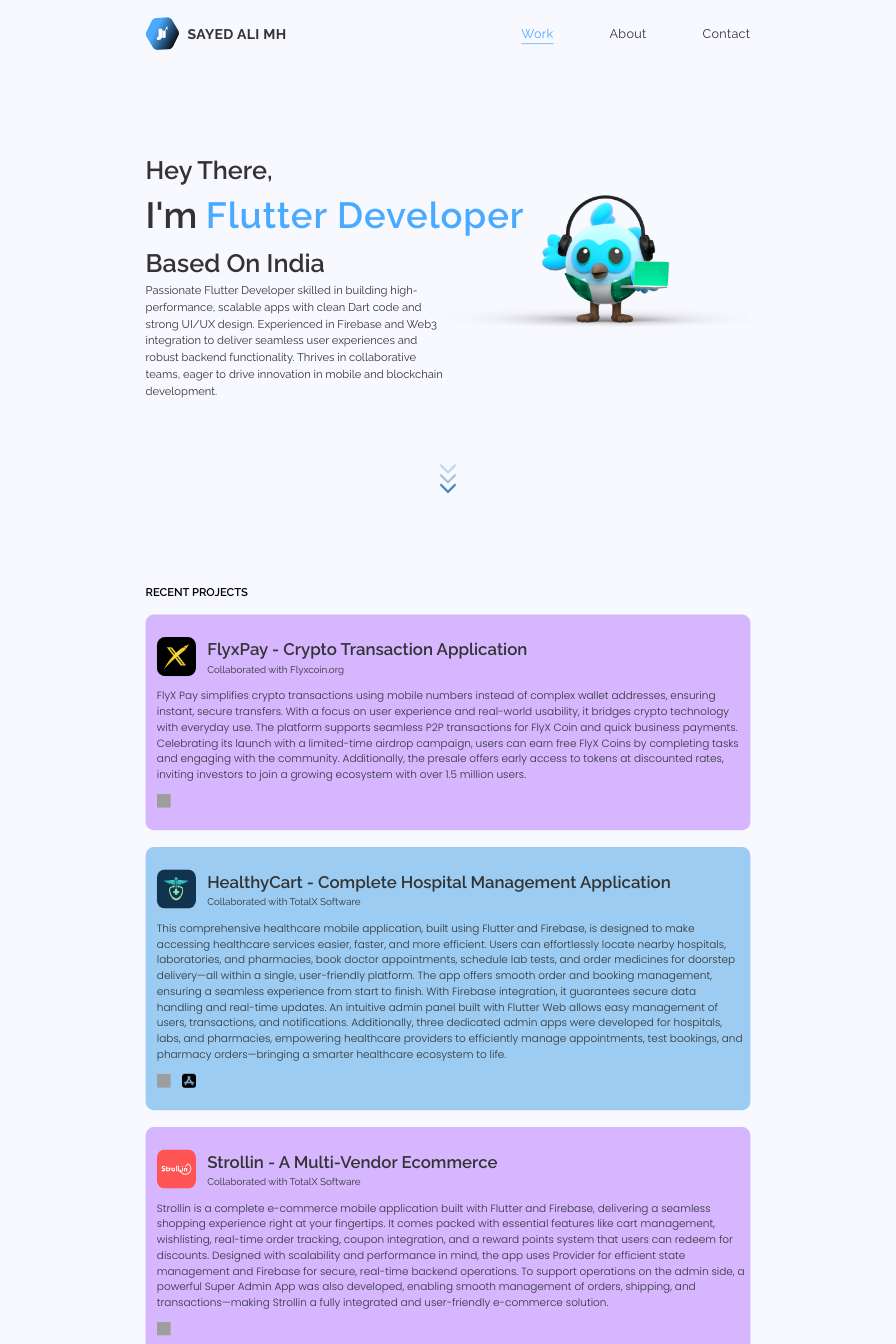
Repository: sayedali-2129/sayedali-portfolio
Page: /
An editor plug-in stored every save of this project. The page is shown before and after the next save, followed by the edit.
The browser window is 1280 px wide. The pictures show the part of the page from y = 0 to 1920 px (the page is 3045 px tall), at 70% of full size.
Pictures or frames that could not be fetched are drawn as grey boxes. The project was rebuilt for these pictures with package versions that can differ from the ones it lists, and the page was loaded fresh each time. The framework's server and built-in components were replaced by stand-ins that run in the browser. Also part of the build but not shown: next.config.ts.

Above is the page before, as saved 2025-05-20 11:42:15.

### src/features/home/presentation/Home.tsx
import dynamic from "next/dynamic";

const NavBar = dynamic(() => import("../components/NavBar"), { ssr: true });
const ProfileBody = dynamic(() => import("../components/ProfileBody"), {
  ssr: true,
});
const RecentWorks = dynamic(() => import("../components/RecentWorks"), {
  ssr: true,
});

function Home() {
  return (
    <div className="overflow-hidden">
      <NavBar />
      <ProfileBody />
      <RecentWorks />
    </div>
  );
}

export default Home;

### src/features/home/components/NavBar.tsx
"use client";

import CloseIcon from "@/assets/icons/close-icon.png";
import Logo from "@/assets/icons/logo.png";
import MenuIcon from "@/assets/icons/menu.png";
import Image from "next/image";
import Link from "next/link";
import { usePathname } from "next/navigation";
import { useEffect, useState } from "react";

export default function NavBar() {
  const [showMenu, setShowMenu] = useState(false);
  const [mounted, setMounted] = useState(false);
  const pathname = usePathname();

  useEffect(() => {
    setMounted(true);
  }, []);

  const openMenu = () => {
    setShowMenu(!showMenu);
  };

  const navBarItemClass =
    "text-TextColor sm:font-RalewayRegular sm:text-lg text-[16px] font-RalewaySemiBold tracking-wide hover:cursor-pointer hover:text-TextBlue";

  return (
    <div className="z-50 md:h-24 h-20 w-full bg-BackGroundColor fixed xl:px-52 md:px-32 sm:px-16 px-4 flex flex-row items-center justify-between">
      <ul className="flex gap-2 items-center">
        <li>
          <Link href="/">
            <Image
              src={Logo}
              alt="SAYED ALI MH LOGO"
              className="md:h-12 md:w-12 h-10 w-10"
            />
          </Link>
        </li>
        <li>
          <Link
            href="/"
            className="ml-1 text-TextColor md:text-xl text-[16px] font-RalewayBold tracking-wide"
          >
            SAYED ALI MH
          </Link>
        </li>
      </ul>

      <ul className="hidden sm:flex flex-row xl:gap-20 md:gap-14 sm:gap-9">
        <li>
          <Link
            href="/"
            className={`${
              pathname === "/"
                ? "text-TextBlue underline underline-offset-8"
                : "text-TextColor"
            } sm:font-RalewayRegular sm:text-lg text-[16px] font-RalewaySemiBold tracking-wide hover:cursor-pointer hover:text-TextBlue`}
          >
            Work
          </Link>
        </li>

        <li>
          <Link
            href="/about"
            className={`${
              pathname === "/about"
                ? "text-TextBlue underline underline-offset-8"
                : "text-TextColor"
            } sm:font-RalewayRegular sm:text-lg text-[16px] font-RalewaySemiBold tracking-wide hover:cursor-pointer hover:text-TextBlue`}
          >
            About
          </Link>
        </li>

        <li>
          <a
            href="mailto:sayedalimh@gmail.com"
            target="_blank"
            rel="noopener noreferrer"
            className={navBarItemClass}
          >
            Contact
          </a>
        </li>
      </ul>
      <Image
        src={MenuIcon}
        alt="Menu Icon"
        onClick={openMenu}
        className="flex sm:hidden h-8 w-8 hover:cursor-pointer"
      />
      {mounted && (
        <>
          <div
            className={`fixed inset-0 bg-black/50 transition-opacity duration-300 sm:hidden ${
              showMenu ? "opacity-100" : "opacity-0 pointer-events-none"
            }`}
            onClick={openMenu}
          />
          <div
            className={`z-50 flex sm:hidden flex-col gap-2 rounded-xl absolute top-24 left-1/2 transform -translate-x-1/2 bg-BackGroundColor p-3 w-60 items-center transition-all duration-300 ${
              showMenu
                ? "opacity-100 translate-y-0"
                : "opacity-0 -translate-y-4 pointer-events-none"
            }`}
          >
            <div className="flex flex-row justify-end w-full">
              <Image
                src={CloseIcon}
                alt="Menu Close Icon"
                onClick={openMenu}
                className="h-6 w-6 hover:cursor-pointer"
              />
            </div>
            <Link href="/" className={navBarItemClass}>
              Work
            </Link>
            <Link href="/about" className={navBarItemClass}>
              About
            </Link>
            <a
              href="mailto:sayedalimh@gmail.com"
              target="_blank"
              rel="noopener noreferrer"
              className={navBarItemClass}
            >
              Contact
            </a>
          </div>
        </>
      )}
    </div>
  );
}

### src/features/home/components/ProfileBody.tsx
"use client";

import FlutterImg from "@/assets/images/flutter-bird.png";
import ScrollDownLottie from "@/assets/lottie/scroll-down.json";
import Lottie from "lottie-react";
import Image from "next/image";
import { useEffect, useState } from "react";
import RotatingText from "./RotatingText";

export default function ProfileBody() {
  const [mounted, setMounted] = useState(false);

  useEffect(() => {
    setMounted(true);
  }, []);

  return (
    <>
      <div className="md:mt-32 mt-24 xl:px-52 md:px-20 sm:px-12 px-2 flex flex-wrap items-center justify-center">
        <div className="md:w-1/2 w-full order-2 md:order-1 md:h-[530px] h-80 flex flex-col justify-center">
          <h2 className="xl:text-[36px] md:text-[30px] text-[26px] text-TextColor font-RalewaySemiBold">
            Hey There,
          </h2>

          <ul className="flex flex-row items-start gap-3 md:h-20 h-14">
            <li>
              <h2 className="xl:text-[52px] md:text-[45px] sm:text-[39px] text-[34px] text-TextColor font-RalewaySemiBold">
                I'm
              </h2>
            </li>
            <li>
              <RotatingText />
            </li>
          </ul>
          <h3 className="text-[36px] text-TextColor font-RalewaySemiBold">
            Based On India
          </h3>
          <p className="text-TextColor font-RalewayRegular pb-24 md:pb-0">
            Passionate Flutter Developer skilled in building high-performance,
            scalable apps with clean Dart code and strong UI/UX design.
            Experienced in Firebase and Web3 integration to deliver seamless
            user experiences and robust backend functionality. Thrives in
            collaborative teams, eager to drive innovation in mobile and
            blockchain development.
          </p>
        </div>
        <div className="md:w-1/2 order-1 md:order-2 md:h-[530px] h-72 pb-20 pt-6 justify-center items-center">
          <Image
            src={FlutterImg}
            alt="Flutter Developer"
            className="h-full w-full object-contain"
          />
        </div>
      </div>

      {mounted && (
        <Lottie
          animationData={ScrollDownLottie}
          loop={true}
          autoplay={true}
          className="md:h-12 h-10"
        />
      )}
    </>
  );
}

### src/features/home/components/RecentWorks.tsx
import recentWorks from "../data/RecentWorksData";
import RecentWorkFrame from "./RecentWorkFrame";

export default function RecentWorks() {
  return (
    <div className="md:mt-32 mt-16 xl:px-52 md:px-20 sm:px-12 px-2 pb-16">
      <div className="flex flex-col items-center justify-center gap-6">
        <div className="xl:w-full flex flex-row h-5 justify-start items-start w-full">
          <h4 className="font-RalewaySemiBold ">RECENT PROJECTS</h4>
        </div>
        {recentWorks.map((work, index) => (
          <RecentWorkFrame
            key={index}
            title={work.title}
            description={work.description}
            image={work.image.src}
            color={work.color}
            playstoreLink={work.playstoreLink}
            appstoreLink={work.appstoreLink}
            collabWith={work.collabWith}
          />
        ))}
      </div>
    </div>
  );
}

### src/features/home/components/RotatingText.tsx
"use client";

import { AnimatePresence, motion } from "framer-motion";
import { useEffect, useState } from "react";

export default function RotatingText() {
  const TEXTS = ["Sayed Ali MH", "Flutter Developer"];
  const [index, setIndex] = useState(0);

  useEffect(() => {
    const intervalId = setInterval(() => {
      setIndex((prev) => (prev + 1) % TEXTS.length);
    }, 3000);
    return () => clearInterval(intervalId);
  }, []);

  return (
    <div>
      <AnimatePresence mode="wait">
        <motion.span
          key={TEXTS[index]} // important for re-render
          initial={{ opacity: 0, y: 4 }}
          animate={{ opacity: 1, y: 0 }}
          exit={{ opacity: 0, y: -5 }}
          transition={{ duration: 0.5 }}
          className="xl:text-[52px] md:text-[45px] sm:text-[39px] text-[34px] font-RalewaySemiBold tracking-wide text-TextBlue absolute"
        >
          {TEXTS[index]}
        </motion.span>
      </AnimatePresence>
    </div>
  );
}

### src/features/home/data/RecentWorksData.js
import chahel from "@/assets/images/works/chahel.jpg";
import flyx from "@/assets/images/works/flyx.png";
import healthyCart from "@/assets/images/works/healthycart.png";
import kurikkal from "@/assets/images/works/kurikkal.jpg";
import sayidCj from "@/assets/images/works/sayidCj.jpg";
import strollin from "@/assets/images/works/strollin.png";

const recentWorks = [
  {
    index: 0,
    title: "FlyxPay - Crypto Transaction Application",
    collabWith: "Flyxcoin.org",
    description:
      "FlyX Pay simplifies crypto transactions using mobile numbers instead of complex wallet addresses, ensuring instant, secure transfers. With a focus on user experience and real-world usability, it bridges crypto technology with everyday use. The platform supports seamless P2P transactions for FlyX Coin and quick business payments. Celebrating its launch with a limited-time airdrop campaign, users can earn free FlyX Coins by completing tasks and engaging with the community. Additionally, the presale offers early access to tokens at discounted rates, inviting investors to join a growing ecosystem with over 1.5 million users. ",
    image: flyx,
    color: "#D6B6FF",
    playstoreLink: "https://play.google.com/store/apps/details?id=com.flyx.pay",
    appstoreLink: undefined,
  },
  {
    index: 1,
    title: "HealthyCart - Complete Hospital Management Application",
    description:
      "This comprehensive healthcare mobile application, built using Flutter and Firebase, is designed to make accessing healthcare services easier, faster, and more efficient. Users can effortlessly locate nearby hospitals, laboratories, and pharmacies, book doctor appointments, schedule lab tests, and order medicines for doorstep delivery—all within a single, user-friendly platform. The app offers smooth order and booking management, ensuring a seamless experience from start to finish. With Firebase integration, it guarantees secure data handling and real-time updates. An intuitive admin panel built with Flutter Web allows easy management of users, transactions, and notifications. Additionally, three dedicated admin apps were developed for hospitals, labs, and pharmacies, empowering healthcare providers to efficiently manage appointments, test bookings, and pharmacy orders—bringing a smarter healthcare ecosystem to life.",
    collabWith: "TotalX Software",
    image: healthyCart,
    color: "#9CCCF1",
    playstoreLink:
      "https://play.google.com/store/apps/details?id=com.healthy_cart_user",
    appstoreLink: "https://apps.apple.com/in/app/healthy-cart/id6740842513",
  },
  {
    index: 2,
    title: "Strollin - A Multi-Vendor Ecommerce",
    description:
      "Strollin is a complete e-commerce mobile application built with Flutter and Firebase, delivering a seamless shopping experience right at your fingertips. It comes packed with essential features like cart management, wishlisting, real-time order tracking, coupon integration, and a reward points system that users can redeem for discounts. Designed with scalability and performance in mind, the app uses Provider for efficient state management and Firebase for secure, real-time backend operations. To support operations on the admin side, a powerful Super Admin App was also developed, enabling smooth management of orders, shipping, and transactions—making Strollin a fully integrated and user-friendly e-commerce solution.",
    collabWith: "TotalX Software",
    image: strollin,
    color: "#D6B6FF",
    playstoreLink: "https://play.google.com/store/apps/details?id=com.strollin",
    appstoreLink: undefined,
  },
  {
    index: 3,
    title: "Sayid CJ - Video Streaming and Chat Mobile App",
    description:
      "Sayid CJ is an educational app developed under Total X Softwares, crafted to empower learners with practical and impactful training in business accounting, taxation, and personal development. The app features high-quality video lessons, downloadable PDFs for offline access, and an interactive chat system that supports voice, image, and text communication with admins—creating an engaging and supportive learning environment. Learners can mark lessons as favorites for easy reference, ensuring a personalized experience. Built with Flutter, powered by Firebase, and managed using Provider for smooth performance, Tasc By Sayid CJ brings flexible, accessible, and career-focused learning to your fingertips.",
    collabWith: "TotalX Software",
    image: sayidCj,
    color: "#9CCCF1",
    playstoreLink: "https://play.google.com/store/apps/details?id=com.sayidcj",
    appstoreLink:
      "https://apps.apple.com/us/app/tasc-buz-powered-by-sayid-cj/id6738337961",
  },
  {
    index: 4,
    title: "Kurikkal - An Ecommerce Application",
    description:
      "Kurikkal Business Park is a wholesale e-commerce mobile application built with Flutter and Firebase. It comes with essential features like cart management, wishlisting, real-time order tracking, credit and wallet option. Designed with scalability and performance in mind, the app uses Provider for efficient state management and Firebase for secure, real-time backend operations. To support operations on the admin side, a powerful Super Admin App was also developed, enabling smooth management of orders, shipping, and transactions—making Kurikkal a fully integrated and user-friendly e-commerce solution.",
    collabWith: "TotalX Software",
    image: kurikkal,
    color: "#D6B6FF",
    playstoreLink:
      "https://play.google.com/store/apps/details?id=com.kurikkalBusinessPark",
    appstoreLink: undefined,
  },
  {
    index: 5,
    title: "Chahel - Education Video Streaming Application",
    description:
      "Chahel – The e-Learning App is a comprehensive mobile and web-based solution designed to enhance the student learning experience across Android, iOS, and web platforms. Built using Flutter. Chahel offers a smooth, responsive interface tailored for modern learners. The app features engaging video lessons that make complex subjects easy to understand, downloadable PDF notes for offline study, and interactive quizzes to reinforce knowledge retention. With a dedicated admin web panel for efficient content and user management, Chahel is more than just a learning app—it’s a complete educational companion built to support students anytime, anywhere.",
    collabWith: "TotalX Software",
    image: chahel,
    color: "#9CCCF1",
    playstoreLink:
      "http://play.google.com/store/apps/details?id=com.chahel_learning",
    appstoreLink: undefined,
  },
];

export default recentWorks;

### src/features/home/components/RecentWorkFrame.tsx
"use client";

import appstore from "@/assets/icons/appstore.png";
import playstore from "@/assets/icons/playstore.png";
import { motion, useInView } from "framer-motion";
import Image from "next/image";
import { useRef } from "react";

interface RecentWorkFrameProps {
  title: string;
  description: string;
  image: string;
  color: string;
  playstoreLink: string | undefined;
  appstoreLink: string | undefined;
  collabWith: string;
}

export default function RecentWorkFrame({
  title,
  description,
  image,
  color,
  playstoreLink,
  appstoreLink,
  collabWith,
}: RecentWorkFrameProps) {
  const ref = useRef(null);
  const isInView = useInView(ref, { once: true, margin: "-100px" });

  return (
    <motion.div
      ref={ref}
      initial={{ opacity: 0, x: 100 }}
      animate={isInView ? { opacity: 1, x: 0 } : { opacity: 0, x: 100 }}
      transition={{ duration: 0.5, ease: "easeOut" }}
      className="md:w-full w-full py-8 flex flex-col gap-4 pl-4 pr-2 rounded-xl"
      style={{ backgroundColor: color }}
    >
      <div className="flex flex-row items-start">
        <Image
          src={image}
          alt={title}
          width={56}
          height={56}
          className="md:h-14 h-12 rounded-xl object-contain"
        />
        <ul className="flex flex-col justify-center px-4">
          <li>
            <h4 className="font-RalewaySemiBold md:text-[24px] text-[16px] text-TextColor">
              {title}
            </h4>
          </li>
          <li>
            <p className="font-RalewayRegular md:text-[14px] text-[11px] text-TextColor">
              Collaborated with {collabWith}
            </p>
          </li>
        </ul>
      </div>

      <div className="w-full">
        <p className="font-PoppinsLight  md:text-[15px] text-[12px] text-TextColor">
          {description}
        </p>
      </div>
      <div className="flex flex-row gap-4">
        <a href={playstoreLink} target="_blank" rel="noopener noreferrer">
          <Image
            src={playstore}
            alt="playstore"
            width={20}
            height={20}
            className="md:w-5 md:h-5 w-4 h-4"
          />
        </a>
        {appstoreLink !== undefined && (
          <a href={appstoreLink} target="_blank" rel="noopener noreferrer">
            <Image
              src={appstore}
              alt="appstore"
              width={20}
              height={20}
              className="md:w-5 md:h-5 w-4 h-4"
            />
          </a>
        )}
      </div>
    </motion.div>
  );
}

// SLIDE UPTO CENTER

// "use client";

// import appstore from "@/assets/icons/appstore.png";
// import playstore from "@/assets/icons/playstore.png";
// import { motion, useInView } from "framer-motion";
// import { useRef } from "react";

// interface RecentWorkFrameProps {
//   title: string;
//   description: string;
//   image: string;
//   color: string;
//   playstoreLink: string | undefined;
//   appstoreLink: string | undefined;
//   collabWith: string;
// }

// export default function RecentWorkFrame({
//   title,
//   description,
//   image,
//   color,
//   playstoreLink,
//   appstoreLink,
//   collabWith,
// }: RecentWorkFrameProps) {
//   const ref = useRef(null);
//   const isInView = useInView(ref, { once: true, margin: "-100px" });

//   return (
//     <motion.div
//       ref={ref}
//       initial={{ opacity: 0, y: 50 }}
//       animate={isInView ? { opacity: 1, y: 0 } : { opacity: 0, y: 50 }}
//       transition={{ duration: 0.5, ease: "easeOut" }}
//       className="md:w-full w-full py-8 flex flex-col gap-4 pl-4 pr-2 rounded-xl"
//       style={{ backgroundColor: color }}
//     >
//       <div className="flex flex-row items-start">
//         <img src={image} alt={title} className="md:h-14 h-12 rounded-xl" />
//         <ul className="flex flex-col justify-center px-4">
//           <li>
//             <h4 className="font-RalewaySemiBold md:text-[24px] text-[16px] text-TextColor">
//               {title}
//             </h4>
//           </li>
//           <li>
//             <p className="font-RalewayRegular md:text-[14px] text-[11px] text-TextColor">
//               Collaborated with {collabWith}
//             </p>
//           </li>
//         </ul>
//       </div>

//       <div className="w-full">
//         <p className="font-PoppinsLight  md:text-[15px] text-[12px] text-TextColor">
//           {description}
//         </p>
//       </div>
//       <div className="flex flex-row gap-4">
//         <a href={playstoreLink} target="_blank" rel="noopener noreferrer">
//           <img
//             src={playstore.src}
//             alt="playstore"
//             className="md:w-5 md:h-5 w-4 h-4"
//           />
//         </a>
//         {appstoreLink !== undefined && (
//           <a href={appstoreLink} target="_blank" rel="noopener noreferrer">
//             <img
//               src={appstore.src}
//               alt="appstore"
//               className="md:w-5 md:h-5 w-4 h-4"
//             />
//           </a>
//         )}
//       </div>
//     </motion.div>
//   );
// }

Loaded but not shown: src/app/layout.tsx (common file); src/app/page.tsx (common file); src/app/globals.css (common file); src/assets/lottie/scroll-down.json (1 lines, source omitted)

After the next save:
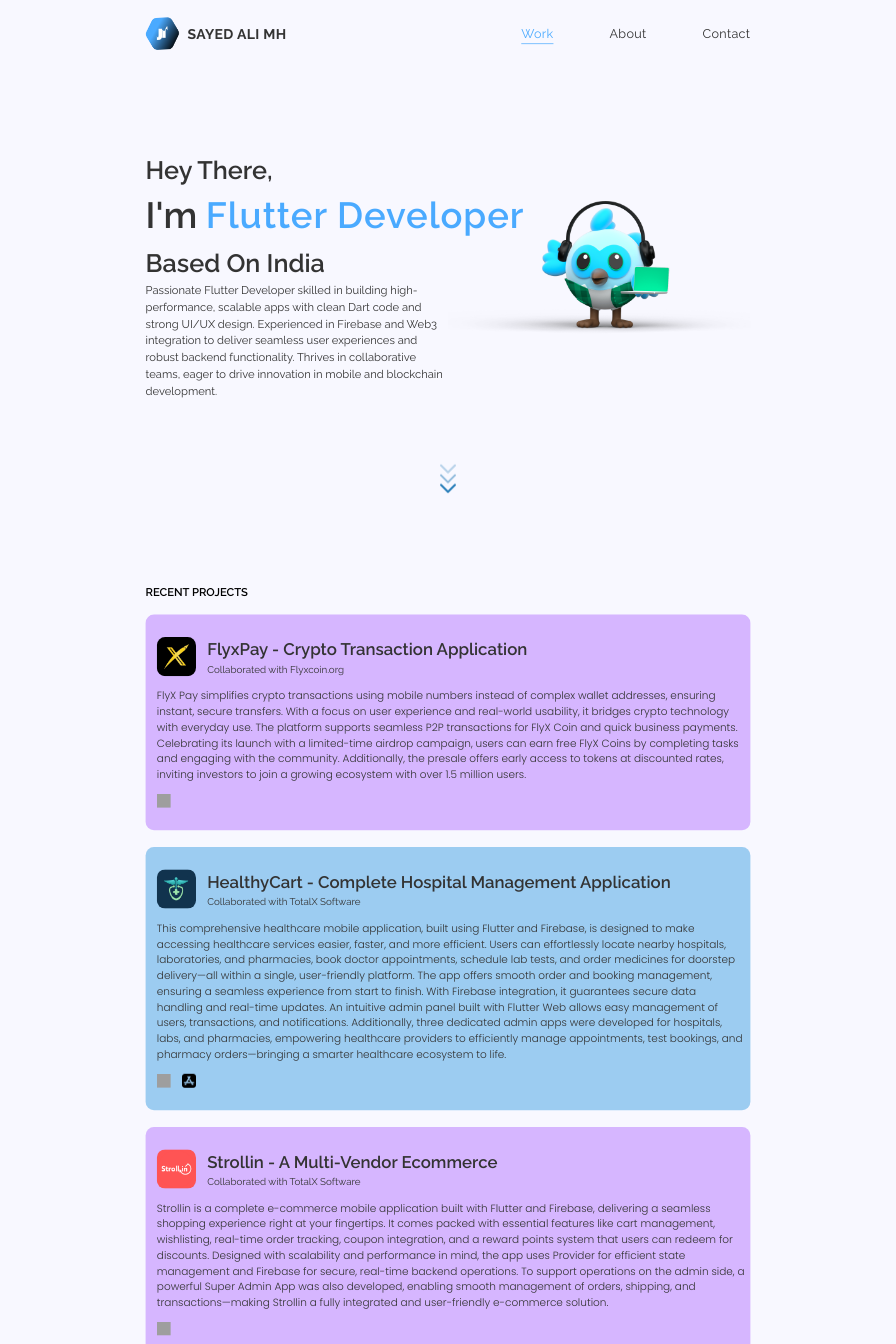
Saved 4 s later.
--- a/src/features/home/components/ProfileBody.tsx
+++ b/src/features/home/components/ProfileBody.tsx
@@ -44,7 +44,7 @@
             blockchain development.
           </p>
         </div>
-        <div className="md:w-1/2 order-1 md:order-2 md:h-[530px] h-72 pb-20 pt-6 justify-center items-center">
+        <div className="md:w-1/2 order-1 md:order-2 md:h-[530px] h-72 pb-16 pt-6 justify-center items-center">
           <Image
             src={FlutterImg}
             alt="Flutter Developer"
